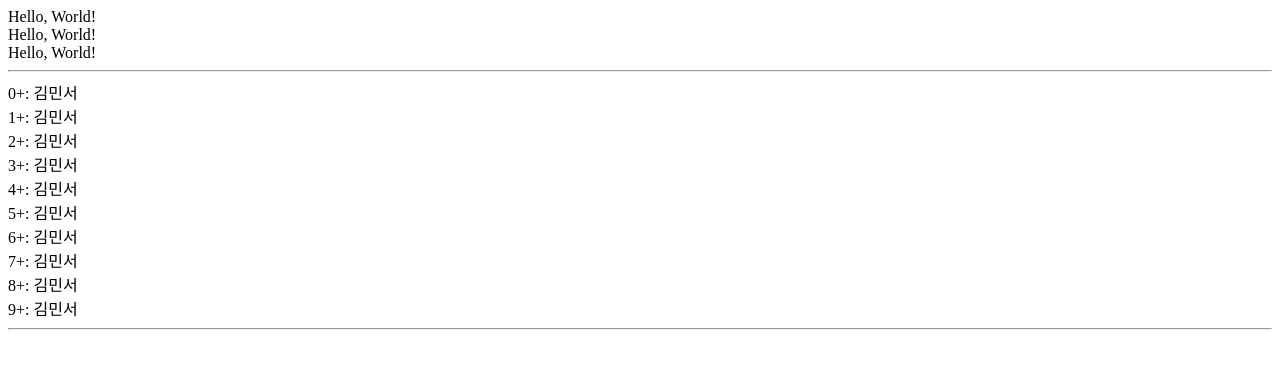
Repository: KimMinseooo/itwillStudy
Page: BACKEND/JSP/workspace_jsp/StudyJavascript/src/main/webapp/js04_1031/test10.html
An editor plug-in stored every save of this project. The page is shown before and after the next save, followed by the edit.
The browser window is 1280 px wide. The pictures show the whole page.

Above is the page before, as saved 2024-10-31 00:43:59.

### BACKEND/JSP/workspace_jsp/StudyJavascript/src/main/webapp/js04_1031/test10.html
<!DOCTYPE html>
<html>
<head>
<meta charset="UTF-8">
<title>Insert title here</title>
<script type="text/javascript">

/*
	[ 반복문 - loop ]
	- for문과 while 문(do-while)으로 나뉨
	- for문은 주로 반복횟수가 정해져 있는 경우에 사용하고
	  while문은 주로 반복 횟수가 정해져 있지 않은 경우에 사용함

	[for문]
	for (초기식(1); 조건식(2);증감식(4)) {
		// (3) 조건식 판별 결과가 true일 경우 반복 수행할 문장들....
	}

	1) 초기식: 반복 횟수를 결정하는데 사용할 변수 값을 초기화하는 코드 (변수 선언도 가능)
	2) 조건식: 반복 횟수를 결정하는데 사용되는 목표값을 지정하는 식
			=> 판별 결과가 true이면 블럭 내의 코드를 실행, false이면 for문 종료
	3) 실행문: 조건식 판별 결과가 true 일 떄 실행할 문장들을 기술
	4) 증감식: 반복 횟수를 결정하는데 사용되는 변수의 증감을 위한 식
		-> for문은 최초 1번을 한번 실행 한 후 2번 조건식을 판별하여 true일 동안
			3 -> 4 -> 2  과정을 반복 실행

	for (let i = 0; i< 10; i++) {
		console.log(i);
	}

*
*/

	for (let i =0; i<3; i++) {
		document.write("Hello, World!<br>");
	}

	// 주의! for문 등의 중괄호 외부에서 중괄호 내부의 변수값에 접근하려면
	// let 대신 var를 통해 변수 선언이 필요하다!
// 	document.write("for문 종료 후 i값 =" +i);
	document.write("<hr>");

	// 자신의 이름을 10번 반복 출력하기
	// => 출력형식) "xx: 차동원" (xx 자리에 i값 출력)

	for (let i=0;i<10;i++) {
		console.log(i+": " +"김민서");
		document.write(`${i}+: 김민서<br>`);
	}
	document.write("<hr>");

</script>
</head>
<body>

</body>
</html>

After the next save:
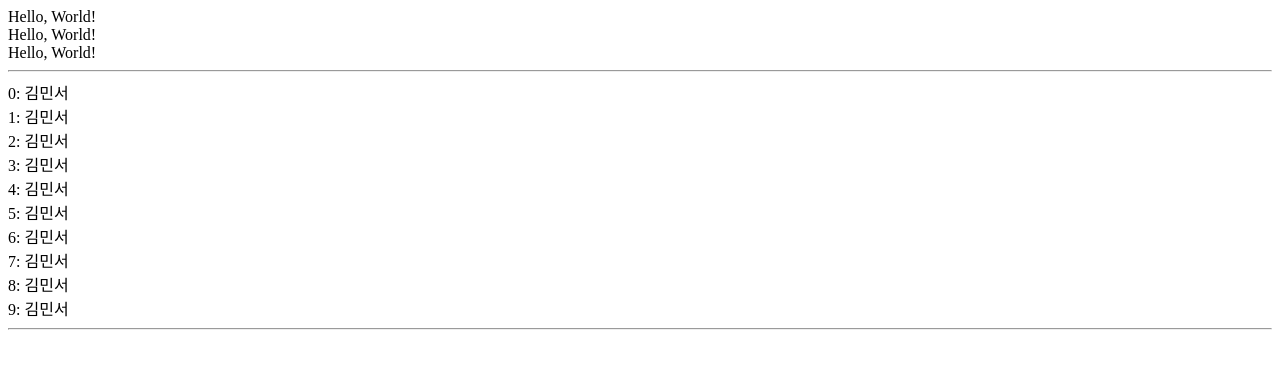
Saved 11 s later.
--- a/BACKEND/JSP/workspace_jsp/StudyJavascript/src/main/webapp/js04_1031/test10.html
+++ b/BACKEND/JSP/workspace_jsp/StudyJavascript/src/main/webapp/js04_1031/test10.html
@@ -45,7 +45,7 @@
 
 	for (let i=0;i<10;i++) {
 		console.log(i+": " +"김민서");
-		document.write(`${i}+: 김민서<br>`);
+		document.write(`${i}: 김민서<br>`);
 	}
 	document.write("<hr>");
 
